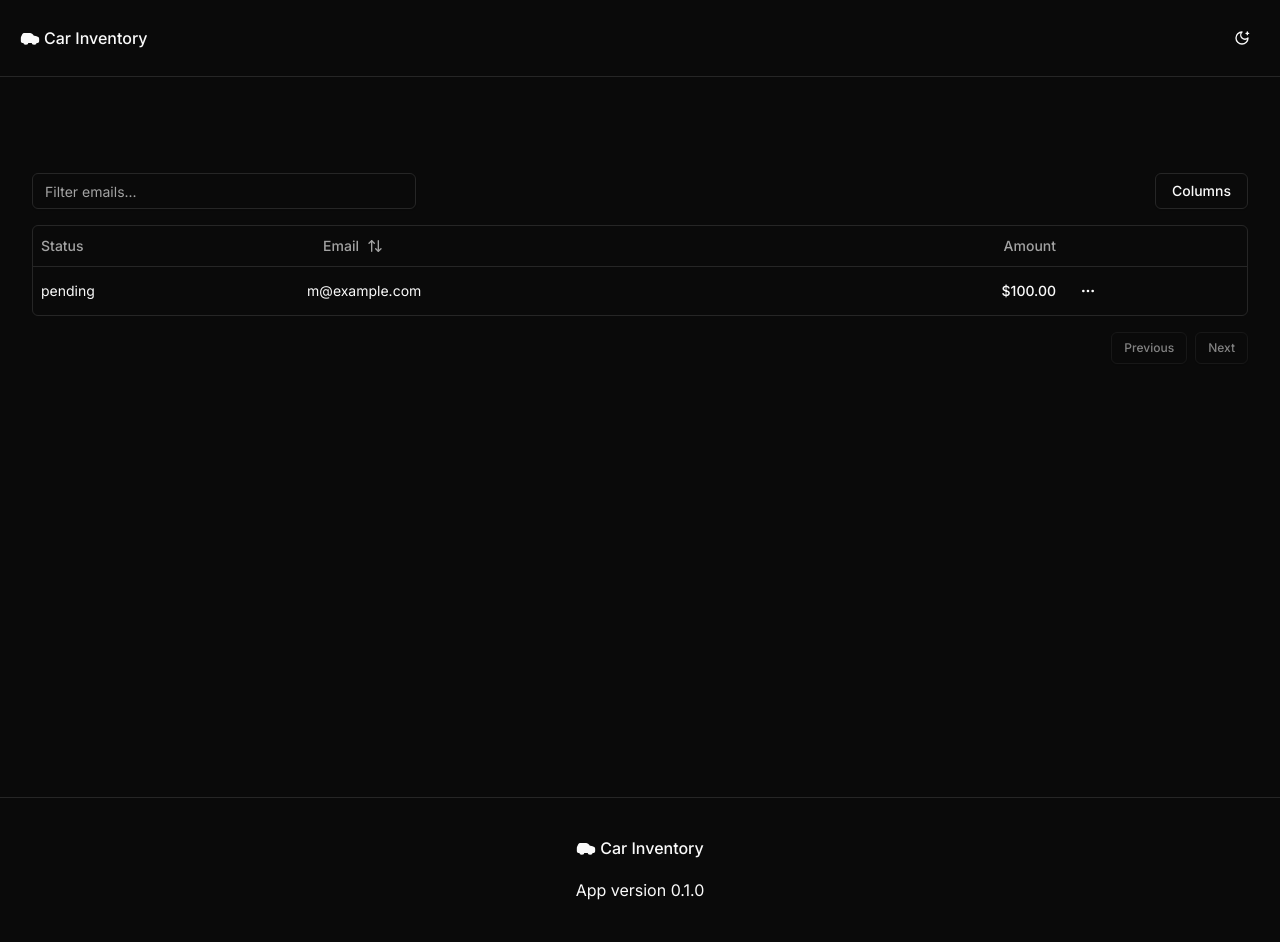
Repository: tushcmd/car-inventory
Page: /payments (app in frontend/)
An editor plug-in stored every save of this project. The page is shown before and after the next save, followed by the edit.
The browser window is 1280 px wide. The pictures show the whole page.
The project was rebuilt for these pictures with package versions that can differ from the ones it lists, and the page was loaded fresh each time. The framework's server and built-in components were replaced by stand-ins that run in the browser. Also part of the build but not shown: frontend/next.config.mjs.

Above is the page before, as saved 2024-05-12 07:00:43.

### frontend/app/layout.tsx
import type { Metadata } from "next";
import { Inter } from "next/font/google";
import "./globals.css";
import AppProviders from "@/components/providers/AppProviders";
import Navbar from '@/components/shared/Navbar';
import Footer from "@/components/shared/Footer";

const inter = Inter({ subsets: ["latin"] });

export const metadata: Metadata = {
  title: "Car Garage Inventory",
  description: "Nextjs Shadcnui Nodejs Express and MongoDB CRUD",
};

export default function RootLayout({
  children,
}: Readonly<{
  children: React.ReactNode;
}>) {
  return (
    <html lang="en" suppressHydrationWarning>
      <body className={inter.className}>
        <AppProviders>
          <Navbar />
          {children}
          <Footer />
        </AppProviders>
      </body>
    </html>
  );
}

### frontend/app/payments/page.tsx
import { Payment, columns } from "./columns"
import { DataTable } from "./data-table"

async function getData(): Promise<Payment[]> {
  // Fetch data from your API here.
  return [
    {
      id: "728ed52f",
      amount: 100,
      status: "pending",
      email: "m@example.com",
    },
    // ...
  ]
}

export default async function DemoPage() {
  const data = await getData()

  return (
    <div className="page-container min-h-screen">
      <DataTable columns={columns} data={data} />
    </div>
  )
}

### frontend/app/globals.css
@tailwind base;
@tailwind components;
@tailwind utilities;

@layer base {
  :root {
    --background: 0 0% 100%;
    --foreground: 0 0% 3.9%;

    --card: 0 0% 100%;
    --card-foreground: 0 0% 3.9%;

    --popover: 0 0% 100%;
    --popover-foreground: 0 0% 3.9%;

    --primary: 0 0% 9%;
    --primary-foreground: 0 0% 98%;

    --secondary: 0 0% 96.1%;
    --secondary-foreground: 0 0% 9%;

    --muted: 0 0% 96.1%;
    --muted-foreground: 0 0% 45.1%;

    --accent: 0 0% 96.1%;
    --accent-foreground: 0 0% 9%;

    --destructive: 0 84.2% 60.2%;
    --destructive-foreground: 0 0% 98%;

    --border: 0 0% 89.8%;
    --input: 0 0% 89.8%;
    --ring: 0 0% 3.9%;

    --radius: 0.5rem;
  }

  .dark {
    --background: 0 0% 3.9%;
    --foreground: 0 0% 98%;

    --card: 0 0% 3.9%;
    --card-foreground: 0 0% 98%;

    --popover: 0 0% 3.9%;
    --popover-foreground: 0 0% 98%;

    --primary: 0 0% 98%;
    --primary-foreground: 0 0% 9%;

    --secondary: 0 0% 14.9%;
    --secondary-foreground: 0 0% 98%;

    --muted: 0 0% 14.9%;
    --muted-foreground: 0 0% 63.9%;

    --accent: 0 0% 14.9%;
    --accent-foreground: 0 0% 98%;

    --destructive: 0 62.8% 30.6%;
    --destructive-foreground: 0 0% 98%;

    --border: 0 0% 14.9%;
    --input: 0 0% 14.9%;
    --ring: 0 0% 83.1%;
  }
}

@layer base {
  * {
    @apply border-border;
  }
  body {
    @apply bg-background text-foreground;
  }
}


@layer components {

  /* FONT SIZES */
  .h1 {
		@apply text-5xl lg:text-6xl font-bold;
	}
	.h2 {
		@apply sm:text-3xl text-4xl font-bold;
	}
	.h3 {
		@apply text-2xl font-medium;
	}
	.h4 {
		@apply text-xl sm:text-lg font-normal;
	}

  /* LAYOUTS  */
	.layout-container {
		@apply container mx-auto px-5;
	}

	.page-container {
		@apply container py-20 flex flex-col gap-16 max-w-7xl;
	}
}

### frontend/components/providers/AppProviders.tsx
'use client';

import { ThemeProvider } from 'next-themes';
import { FC, ReactNode } from 'react';

interface AppProvidersProps {
  children: ReactNode;
}


const AppProviders: FC<AppProvidersProps> = ({ children }) => {
  return (
    <>
      <ThemeProvider attribute="class" disableTransitionOnChange defaultTheme="dark" enableSystem>
        {children}

      </ThemeProvider>
    </>
  );
};

export default AppProviders;

### frontend/components/shared/Navbar.tsx
import React, { FC } from 'react';
import ThemeSwitcherButton from '../ui/ThemeSwitcher';
import Logo from './Logo';

const Navbar: FC = () => {
  return (
    <nav className="border-b py-5">
      <div className="layout-container flex justify-between items-center max-w-7xl">
        <Logo />
        <ThemeSwitcherButton />
      </div>
    </nav>
  );
};

export default Navbar;

### frontend/components/shared/Footer.tsx
import React, { FC } from 'react'
import Logo from './Logo'

const Footer: FC = () => {
  return (
    <footer className='border-t'>
        <div className='layout-container flex flex-col gap-5 items-center  justify-center py-10'>
            <Logo />
            <p>App version 0.1.0</p>
        </div>

    </footer>
  )
}

export default Footer

### frontend/app/payments/columns.tsx
"use client"

import { ColumnDef } from "@tanstack/react-table"

import { ArrowUpDown, MoreHorizontal } from "lucide-react"

import { Button } from "@/components/ui/button"
import {
  DropdownMenu,
  DropdownMenuContent,
  DropdownMenuItem,
  DropdownMenuLabel,
  DropdownMenuSeparator,
  DropdownMenuTrigger,
} from "@/components/ui/dropdown-menu"

// This type is used to define the shape of our data.
// You can use a Zod schema here if you want.
export type Payment = {
  id: string
  amount: number
  status: "pending" | "processing" | "success" | "failed"
  email: string
}

export const columns: ColumnDef<Payment>[] = [
  {
    accessorKey: "status",
    header: "Status",
  },
  {
    accessorKey: "email",
    header: ({ column }) => {
      return (
        <Button
          variant="ghost"
          onClick={() => column.toggleSorting(column.getIsSorted() === "asc")}
        >
          Email
          <ArrowUpDown className="ml-2 h-4 w-4" />
        </Button>
      )
    },
  },
  {
    accessorKey: "amount",
    header: () => <div className="text-right">Amount</div>,
    cell: ({ row }) => {
      const amount = parseFloat(row.getValue("amount"))
      const formatted = new Intl.NumberFormat("en-US", {
        style: "currency",
        currency: "USD",
      }).format(amount)

      return <div className="text-right font-medium">{formatted}</div>
    },
  },
  {
    id: "actions",
    cell: ({ row }) => {
      const payment = row.original

      return (
        <DropdownMenu>
          <DropdownMenuTrigger asChild>
            <Button variant="ghost" className="h-8 w-8 p-0">
              <span className="sr-only">Open menu</span>
              <MoreHorizontal className="h-4 w-4" />
            </Button>
          </DropdownMenuTrigger>
          <DropdownMenuContent align="end">
            <DropdownMenuLabel>Actions</DropdownMenuLabel>
            <DropdownMenuItem
              onClick={() => navigator.clipboard.writeText(payment.id)}
            >
              Copy payment ID
            </DropdownMenuItem>
            <DropdownMenuSeparator />
            <DropdownMenuItem>View customer</DropdownMenuItem>
            <DropdownMenuItem>View payment details</DropdownMenuItem>
          </DropdownMenuContent>
        </DropdownMenu>
      )
    },
  },
]

### frontend/app/payments/data-table.tsx
"use client"
import React from "react"

import { Button } from "@/components/ui/button"
import {
    DropdownMenu,
    DropdownMenuCheckboxItem,
    DropdownMenuContent,
    DropdownMenuTrigger,
} from "@/components/ui/dropdown-menu"

import {
    ColumnDef,
    ColumnFiltersState,
    flexRender,
    getFilteredRowModel,
    SortingState,
    VisibilityState,
    getCoreRowModel,
    getPaginationRowModel,
    getSortedRowModel,
    useReactTable,
} from "@tanstack/react-table"

import {
    Table,
    TableBody,
    TableCell,
    TableHead,
    TableHeader,
    TableRow,
} from "@/components/ui/table"

import { Input } from "@/components/ui/input"


interface DataTableProps<TData, TValue> {
    columns: ColumnDef<TData, TValue>[]
    data: TData[]
}

export function DataTable<TData, TValue>({
    columns,
    data,
}: DataTableProps<TData, TValue>) {
    const [sorting, setSorting] = React.useState<SortingState>([])
    const [columnFilters, setColumnFilters] = React.useState<ColumnFiltersState>(
        []
    )
    const [columnVisibility, setColumnVisibility] =
        React.useState<VisibilityState>({})

    const table = useReactTable({
        data,
        columns,
        getCoreRowModel: getCoreRowModel(),
        getPaginationRowModel: getPaginationRowModel(),
        onSortingChange: setSorting,
        getSortedRowModel: getSortedRowModel(),
        onColumnFiltersChange: setColumnFilters,
        getFilteredRowModel: getFilteredRowModel(),
        onColumnVisibilityChange: setColumnVisibility,
        state: {
            sorting,
            columnFilters,
            columnVisibility,
        },
    })

    return (
        <div>
            <div className="flex items-center py-4">
                <Input
                    placeholder="Filter emails..."
                    value={(table.getColumn("email")?.getFilterValue() as string) ?? ""}
                    onChange={(event) =>
                        table.getColumn("email")?.setFilterValue(event.target.value)
                    }
                    className="max-w-sm"
                />
                <DropdownMenu>
                    <DropdownMenuTrigger asChild>
                        <Button variant="outline" className="ml-auto">
                            Columns
                        </Button>
                    </DropdownMenuTrigger>
                    <DropdownMenuContent align="end">
                        {table
                            .getAllColumns()
                            .filter(
                                (column) => column.getCanHide()
                            )
                            .map((column) => {
                                return (
                                    <DropdownMenuCheckboxItem
                                        key={column.id}
                                        className="capitalize"
                                        checked={column.getIsVisible()}
                                        onCheckedChange={(value) =>
                                            column.toggleVisibility(!!value)
                                        }
                                    >
                                        {column.id}
                                    </DropdownMenuCheckboxItem>
                                )
                            })}
                    </DropdownMenuContent>
                </DropdownMenu>
            </div>
            <div className="rounded-md border">
                <Table>
                    <TableHeader>
                        {table.getHeaderGroups().map((headerGroup) => (
                            <TableRow key={headerGroup.id}>
                                {headerGroup.headers.map((header) => {
                                    return (
                                        <TableHead key={header.id}>
                                            {header.isPlaceholder
                                                ? null
                                                : flexRender(
                                                    header.column.columnDef.header,
                                                    header.getContext()
                                                )}
                                        </TableHead>
                                    )
                                })}
                            </TableRow>
                        ))}
                    </TableHeader>
                    <TableBody>
                        {table.getRowModel().rows?.length ? (
                            table.getRowModel().rows.map((row) => (
                                <TableRow
                                    key={row.id}
                                    data-state={row.getIsSelected() && "selected"}
                                >
                                    {row.getVisibleCells().map((cell) => (
                                        <TableCell key={cell.id}>
                                            {flexRender(cell.column.columnDef.cell, cell.getContext())}
                                        </TableCell>
                                    ))}
                                </TableRow>
                            ))
                        ) : (
                            <TableRow>
                                <TableCell colSpan={columns.length} className="h-24 text-center">
                                    No results.
                                </TableCell>
                            </TableRow>
                        )}
                    </TableBody>
                </Table>
            </div>

            <div className="flex items-center justify-end space-x-2 py-4">
                <Button
                    variant="outline"
                    size="sm"
                    onClick={() => table.previousPage()}
                    disabled={!table.getCanPreviousPage()}
                >
                    Previous
                </Button>
                <Button
                    variant="outline"
                    size="sm"
                    onClick={() => table.nextPage()}
                    disabled={!table.getCanNextPage()}
                >
                    Next
                </Button>
            </div>
        </div>
    )
}

### frontend/components/ui/ThemeSwitcher.tsx
"use client";

import { useTheme } from "next-themes";
import React, { FC, useEffect, useState } from "react";
import { SunIcon,  Laptop, MoonStarIcon } from "lucide-react";
import {
	DropdownMenu,
	DropdownMenuContent,
	DropdownMenuItem,
	DropdownMenuTrigger,
} from "./dropdown-menu";
import { Button } from "./button";

const themes = [
	{
		value: "light",
		label: "Light",
		icon: SunIcon,
	},
	{
		value: "dark",
		label: "Dark",
		icon: MoonStarIcon,
	},
	{
		value: "system",
		label: "System",
		icon: Laptop,
	},
];

const ThemeSwitcher: FC = () => {
  const [mounted, setMounted] = useState(false)
	const { theme, setTheme } = useTheme();
	const currentTheme = themes.find((t) => t.value === theme);
	const ThemeIcon = currentTheme?.icon

  useEffect(() => {
    setMounted(true)
  }, [])

	return mounted && (
		<div className="flex">
			<DropdownMenu  >
				<DropdownMenuTrigger asChild>
					<Button variant="ghost" size={"icon"}>{!!ThemeIcon && <ThemeIcon className="w-4 h-4"/>}</Button>
				</DropdownMenuTrigger>
				<DropdownMenuContent>
					{themes.map(({value, label}) => <DropdownMenuItem role="button" onClick={() => setTheme(value)} key={value}>{label}</DropdownMenuItem>)}
				</DropdownMenuContent>
			</DropdownMenu>
		</div>
	);
};

export default ThemeSwitcher;

### frontend/components/shared/Logo.tsx

import { Car } from "lucide-react";
import Link from "next/link";
import React, { FC } from "react";

const Logo: FC = () => {
	return (
		<Link href='/' className="flex items-center gap-1 component-focus rounded-md">
			<Car   className="w-5 h-5 fill-current" />
			<h1 className="inline-flex flex-col gap-0 leading-none font-medium">
				<p>Car Inventory</p>
			</h1>
		</Link>
	);
};

export default Logo;

### frontend/components/ui/button.tsx
import * as React from "react"
import { Slot } from "@radix-ui/react-slot"
import { cva, type VariantProps } from "class-variance-authority"

import { cn } from "@/lib/utils"

const buttonVariants = cva(
  "inline-flex items-center justify-center whitespace-nowrap rounded-md text-sm font-medium transition-colors focus-visible:outline-none focus-visible:ring-1 focus-visible:ring-ring disabled:pointer-events-none disabled:opacity-50",
  {
    variants: {
      variant: {
        default:
          "bg-primary text-primary-foreground shadow hover:bg-primary/90",
        destructive:
          "bg-destructive text-destructive-foreground shadow-sm hover:bg-destructive/90",
        outline:
          "border border-input bg-background shadow-sm hover:bg-accent hover:text-accent-foreground",
        secondary:
          "bg-secondary text-secondary-foreground shadow-sm hover:bg-secondary/80",
        ghost: "hover:bg-accent hover:text-accent-foreground",
        link: "text-primary underline-offset-4 hover:underline",
      },
      size: {
        default: "h-9 px-4 py-2",
        sm: "h-8 rounded-md px-3 text-xs",
        lg: "h-10 rounded-md px-8",
        icon: "h-9 w-9",
      },
    },
    defaultVariants: {
      variant: "default",
      size: "default",
    },
  }
)

export interface ButtonProps
  extends React.ButtonHTMLAttributes<HTMLButtonElement>,
    VariantProps<typeof buttonVariants> {
  asChild?: boolean
}

const Button = React.forwardRef<HTMLButtonElement, ButtonProps>(
  ({ className, variant, size, asChild = false, ...props }, ref) => {
    const Comp = asChild ? Slot : "button"
    return (
      <Comp
        className={cn(buttonVariants({ variant, size, className }))}
        ref={ref}
        {...props}
      />
    )
  }
)
Button.displayName = "Button"

export { Button, buttonVariants }

### frontend/components/ui/input.tsx
import * as React from "react"

import { cn } from "@/lib/utils"

export interface InputProps
  extends React.InputHTMLAttributes<HTMLInputElement> {}

const Input = React.forwardRef<HTMLInputElement, InputProps>(
  ({ className, type, ...props }, ref) => {
    return (
      <input
        type={type}
        className={cn(
          "flex h-9 w-full rounded-md border border-input bg-transparent px-3 py-1 text-sm shadow-sm transition-colors file:border-0 file:bg-transparent file:text-sm file:font-medium placeholder:text-muted-foreground focus-visible:outline-none focus-visible:ring-1 focus-visible:ring-ring disabled:cursor-not-allowed disabled:opacity-50",
          className
        )}
        ref={ref}
        {...props}
      />
    )
  }
)
Input.displayName = "Input"

export { Input }

Loaded but not shown: frontend/lib/utils.ts (common file); frontend/tailwind.config.ts (common file); frontend/components/ui/dropdown-menu.tsx (205 lines, source omitted); frontend/components/ui/table.tsx (120 lines, source omitted)

After the next save:
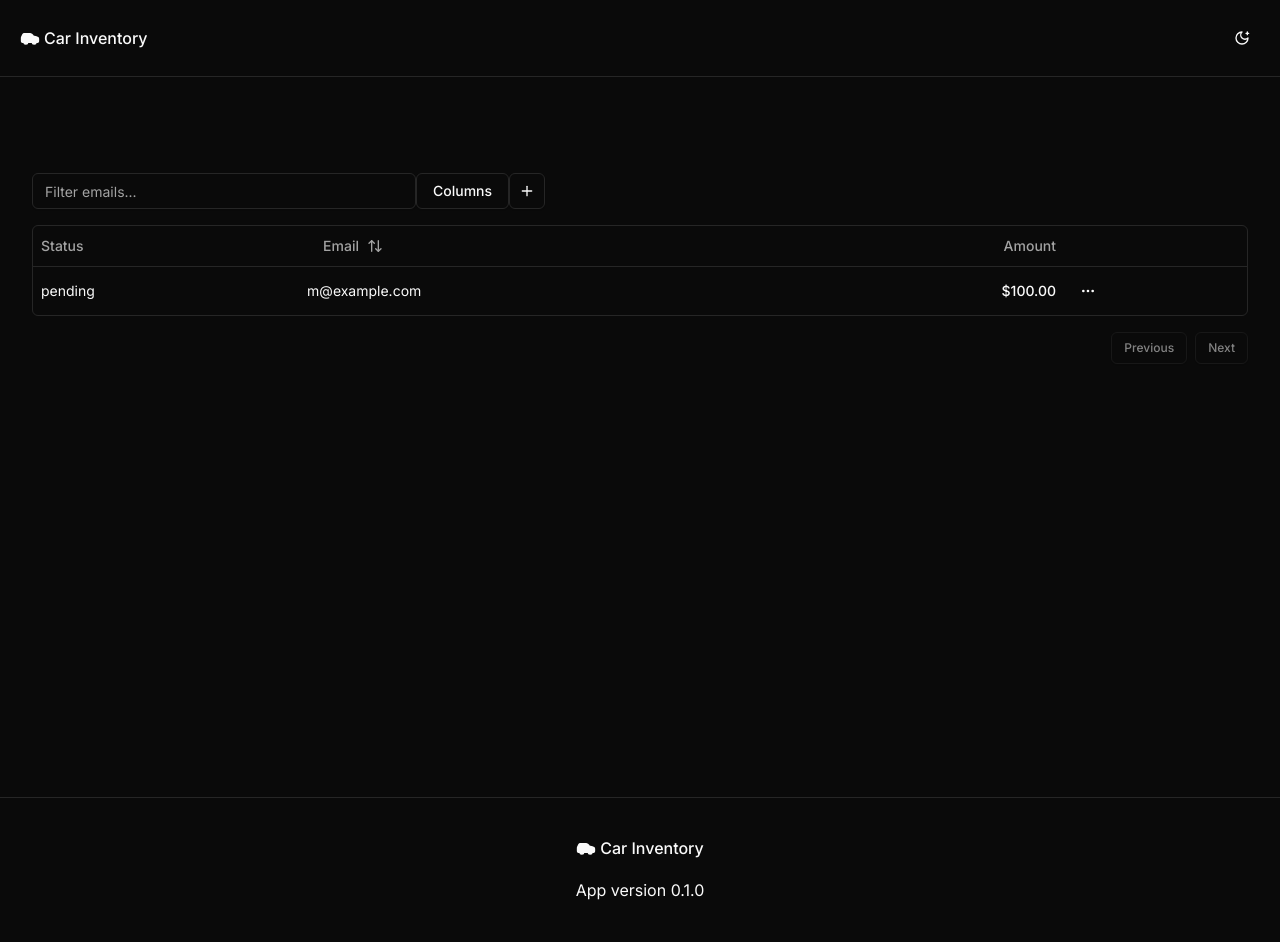
Saved 9 min 25 s later.
--- a/frontend/app/payments/data-table.tsx
+++ b/frontend/app/payments/data-table.tsx
@@ -32,6 +32,7 @@ import {
 } from "@/components/ui/table"
 
 import { Input } from "@/components/ui/input"
+import { Plus } from "lucide-react"
 
 
 interface DataTableProps<TData, TValue> {
@@ -78,34 +79,39 @@ export function DataTable<TData, TValue>({
                     }
                     className="max-w-sm"
                 />
-                <DropdownMenu>
-                    <DropdownMenuTrigger asChild>
-                        <Button variant="outline" className="ml-auto">
-                            Columns
-                        </Button>
-                    </DropdownMenuTrigger>
-                    <DropdownMenuContent align="end">
-                        {table
-                            .getAllColumns()
-                            .filter(
-                                (column) => column.getCanHide()
-                            )
-                            .map((column) => {
-                                return (
-                                    <DropdownMenuCheckboxItem
-                                        key={column.id}
-                                        className="capitalize"
-                                        checked={column.getIsVisible()}
-                                        onCheckedChange={(value) =>
-                                            column.toggleVisibility(!!value)
-                                        }
-                                    >
-                                        {column.id}
-                                    </DropdownMenuCheckboxItem>
+                <div className="inline-flex">
+                    <DropdownMenu>
+                        <DropdownMenuTrigger asChild>
+                            <Button variant="outline" className="ml-auto">
+                                Columns
+                            </Button>
+                        </DropdownMenuTrigger>
+                        <DropdownMenuContent align="end">
+                            {table
+                                .getAllColumns()
+                                .filter(
+                                    (column) => column.getCanHide()
                                 )
-                            })}
-                    </DropdownMenuContent>
-                </DropdownMenu>
+                                .map((column) => {
+                                    return (
+                                        <DropdownMenuCheckboxItem
+                                            key={column.id}
+                                            className="capitalize"
+                                            checked={column.getIsVisible()}
+                                            onCheckedChange={(value) =>
+                                                column.toggleVisibility(!!value)
+                                            }
+                                        >
+                                            {column.id}
+                                        </DropdownMenuCheckboxItem>
+                                    )
+                                })}
+                        </DropdownMenuContent>
+                    </DropdownMenu>
+                    <Button variant="outline" size="icon">
+                        <Plus className="h-4 w-4" />
+                    </Button>
+                </div>
             </div>
             <div className="rounded-md border">
                 <Table>
